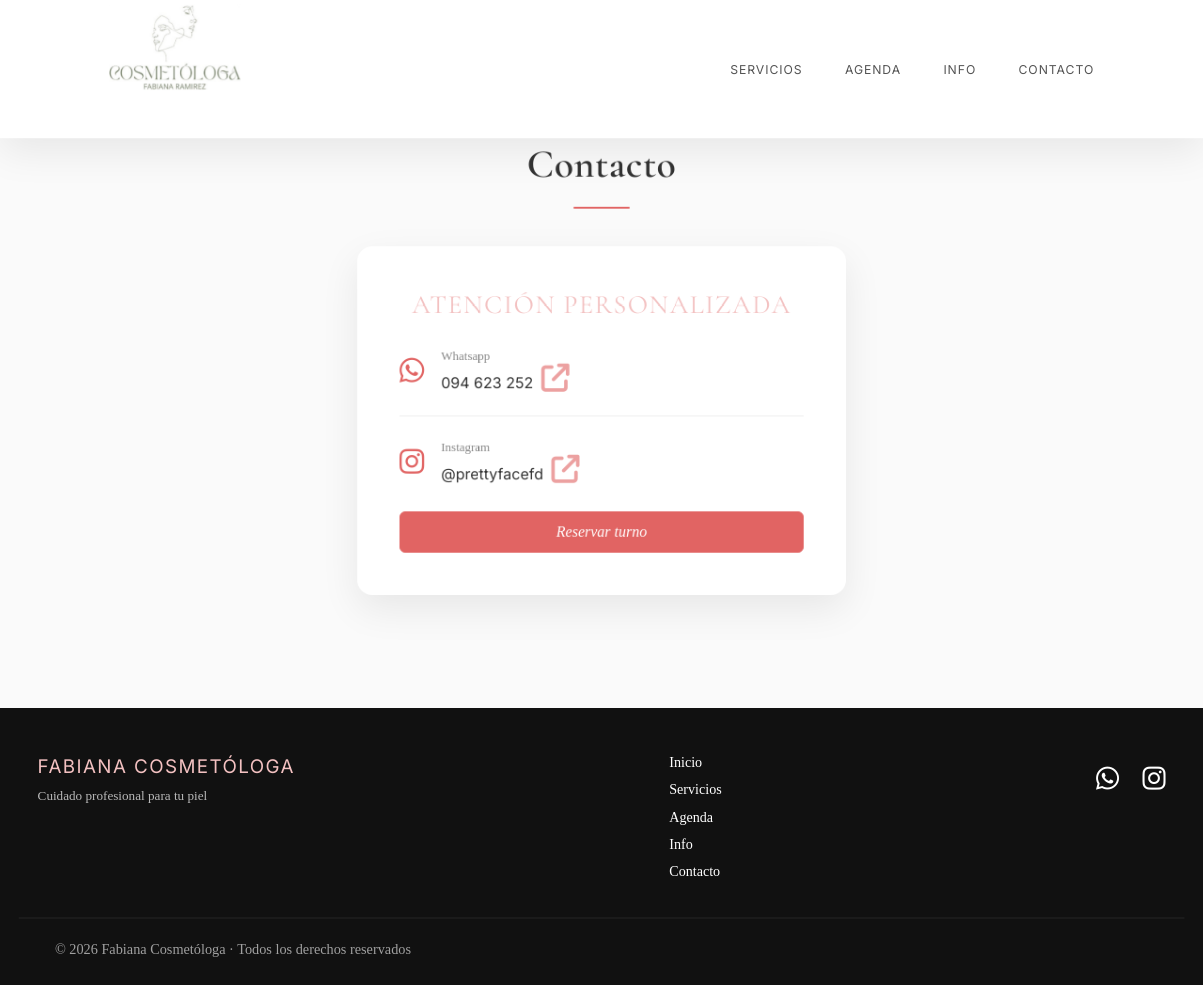
Repository: thiagobal1891-sudo/paginaweb
Page: pages/contacto.html
These files come from the project's save history. The page is drawn as it stood at one moment and after the next save; the edit follows.
The browser window is 1280 px wide. The pictures show the whole page, at 94% of full size.
Some web fonts or font styles are not loaded; a fallback is used.

Above is the page before, as saved 2026-03-17 15:02:47.
Console error: ReferenceError: emailjs is not defined

### pages/contacto.html

<!DOCTYPE html>
<html lang="es">
<head>
  <meta charset="UTF-8">
  <meta name="viewport" content="width=device-width, initial-scale=1.0">
  <title>Fabiana Cosmetóloga</title>
  <link rel="stylesheet" href="../css/style.css">
  <link rel="preconnect" href="https://fonts.googleapis.com">
  <link rel="preconnect" href="https://fonts.gstatic.com" crossorigin>
  <link
    href="https://fonts.googleapis.com/css2?family=Melodrama:wght@400;500;600;700&family=Inter:wght@100..900&family=Poppins:wght@100..900&family=Cormorant+Garamond:wght@300..700&display=swap"
    rel="stylesheet">
  <link rel="stylesheet" href="https://cdnjs.cloudflare.com/ajax/libs/font-awesome/6.5.0/css/all.min.css"
    crossorigin="anonymous" referrerpolicy="no-referrer" />
</head>

<body>
  <header>
    <div class="container">
      <a href="../index.html" class="logo">
        <img src="../media/logo.png"
  alt="Logo de la marca"
  loading="lazy"
  decoding="async">
      </a>
      <nav>
        <a href="servicios.html">SERVICIOS</a>
        <a href="agenda.html">AGENDA</a>
        <a href="info.html">INFO</a>
        <a href="contacto.html">CONTACTO</a>
      </nav>
    </div>
  </header>
<main>
<section id="contacto" class="appear">
<div class="section-title">
<h2>Contacto</h2>
</div>
<div class="container">
<div class="contact-card">
<h3>Atención personalizada</h3>
<div class="contact-item">
<i class="fa-brands fa-whatsapp"></i>
<div class="contact-info">
<span class="label">Whatsapp</span>
<a href="https://wa.me/59894623252"
target="_blank"
rel="noopener noreferrer"
class="valor">
094 623 252
<i class="fa-solid fa-arrow-up-right-from-square link-icon"></i>
</a>
</div>
</div>
<hr>
<div class="contact-item">
<i class="fa-brands fa-instagram"></i>
<div class="contact-info">
<span class="label">Instagram</span>
<a href="https://www.instagram.com/prettyfacefd"
target="_blank"
rel="noopener noreferrer"
class="valor">
@prettyfacefd
<i class="fa-solid fa-arrow-up-right-from-square link-icon"></i>
</a>
</div>
</div>
<a href="agenda.html#agenda-ya" class="btn-vermas">
Reservar turno
</a>
</div>
</div>

</section>
</main>
  <footer class="footer">
  <div class="footer-container">
    <div class="footer-brand">
      <h3>Fabiana Cosmetóloga</h3>
      <p>Cuidado profesional para tu piel</p>
    </div>
    <div class="footer-links">
      <a href="../index.html">Inicio</a>
      <a href="../pages/servicios.html">Servicios</a>
      <a href="../pages/agenda.html">Agenda</a>
      <a href="../pages/info.html">Info</a>
      <a href="../pages/contacto.html">Contacto</a>
    </div>
    <div class="footer-social">
      <a href="https://wa.me/59894623252" target="_blank">
        <i class="fa-brands fa-whatsapp"></i>
      </a>
      <a href="https://www.instagram.com/prettyfacefd" target="_blank">
        <i class="fa-brands fa-instagram"></i>
      </a>
    </div>
  </div>
  <div class="footer-bottom">
    <p>© 2026 Fabiana Cosmetóloga · Todos los derechos reservados</p>
  </div>
</footer>
  <script src="https://cdn.jsdelivr.net/npm/emailjs-com@3/dist/email.min.js"></script>
  <script src="../script.js" defer></script>
</body>
</html>

### css/style.css
@charset "UTF-8";
* {
  box-sizing: border-box;
  margin: 0;
  padding: 0;
}
html {
  scroll-behavior: smooth;
  scroll-padding-top: var(--header-height);
  font-size: 100%;
}
:root{
  --primary:#E16463;
  --primary-soft:rgba(225,100,99,.15);
  --primary-soft-light:rgba(225,100,99,.08);
  --text-dark:#333;
  --text-soft:#777;
  --shadow-hover:0 20px 50px rgba(0,0,0,.12);
  --shadow-soft:0 15px 40px rgba(0,0,0,.08);
}
body{
  font-family:"Melodrama", serif;
  margin:0;
  animation:fadePage .6s ease;
  padding-top: var(--header-height);
}
@keyframes fadePage{
from{
  opacity:0;
  transform:translateY(10px);
}

to{
  opacity:1;
  transform:translateY(0);
}
}
.appear{
  opacity:0;
  transform:translateY(40px);
  transition:opacity .8s ease, transform .8s ease;
  will-change: transform, opacity;
}
.appear.show{
  opacity:1;
  transform:translateY(0);
}
h1 {
  font-size:clamp(2.2rem,4vw,4.5rem);
  line-height: 1.1;
}
h2 {
  font-size:clamp(1.6rem,3vw,2.5rem);
  line-height: 1.2;
}
p {
font-size:clamp(.95rem,1.1vw,1.1rem);
line-height:1.7;
max-width:60ch;
}
h3 {
  font-size: 0.9em;
  font-family: "Inter", sans-serif;
  font-weight: 400;
  letter-spacing: 1.5px;
  color: #f3c1c1;
  text-transform: uppercase;
}
section{
position:relative;
padding:100px 20px;
}
.info_carta {
  font-size: 0.85em;
  color: #f2f2f2;
  font-family: "Inter", sans-serif;
  line-height: 1;
  margin-bottom: 2px;
  max-width:450px;
}
ul {
  list-style: none;
  padding-left: 0;
  font-size: 0.75em;
  font-family: "Inter", sans-serif;
  color: #ffffff;
}
ul li {
  margin-bottom: 4px;
  line-height: 1.3;
  padding-left: 22px;
  position: relative;
  opacity: 0.95;
  transition: transform 0.3s ease, opacity 0.3s ease;
}
ul li::before {
  content: "✧";
  position: absolute;
  left: 0;
  top: 0;
  color: #f3c1c1;
  font-size: 0.75em;
}
img{
transition:transform .6s ease, filter .6s ease;
height: auto;
max-width: 100%;
will-change: transform;
display: block;
}
button {
  font-size: 1rem;
  font-weight: 400;
  padding: 10px 30px;
  border-radius: 10px;
  border: 1.5px solid rgb(84, 84, 84);
  box-shadow: var(--shadow-soft);
  color: white;
  background-color: #d86a6a;
  font-family: "Inter", sans-serif;
  transition: all .25s ease;
  cursor: pointer;
  font-weight: bold;
}
button:hover {
  background-color: white;
  color:var(--primary);
  border-color: white;
  transform: translateY(-2px);
}
button:active{
  transform:scale(.97);
}
.container{
  max-width:1100px;
  margin-inline:auto;
  padding-inline:20px;
  width:100%;
  position:relative;
}
.container > *:not(:last-child){
  margin-bottom:40px;
}
header{
  position:fixed;
  width:100%;
  top:0;
  left:0;
  background-color:white;
  z-index:1000;
  box-shadow: var(--shadow-soft);
  transition:.3s;
  padding:10px 0;
}
header.scrolled{
  background:rgba(255,255,255,0.9);
  backdrop-filter:blur(8px);
  box-shadow:var(--shadow-soft);
}
header .logo {
  display: flex;
  align-items: center;
  justify-content: flex-start;
}
header .logo img{
  width:110px;
  height:auto;
  margin-bottom:6px;
}
header .container {
  display: flex;
  align-items: center;
  padding:0 16px;
  justify-content: space-between;
}
header nav {
  display: flex;
  flex-direction: row;
  justify-content: center;
  align-items: center;
  text-align: center;
}
header a {
  padding: 0px 5px;
  text-decoration: none;
  color: rgb(84, 84, 84);
  display: inline-block;
  font-family: "Inter", sans-serif;
  margin: 0 5px;
  font-size:14px;
  letter-spacing:1px;
}
header a:hover {
  color:var(--primary);
}
.hero-tag{
  font-family:"Inter",sans-serif;
  letter-spacing:2px;
  font-size:12px;
  text-transform:uppercase;
  color:#f3c1c1;
  display:block;
  margin-left:20px;
  margin-bottom:12px;
  opacity:.9;
}
.hero-sub{
  color:white;
  max-width:520px;
  margin-left:20px;
  margin-top:18px;
  font-family:"Inter",sans-serif;
  font-size:clamp(0.95rem,1.1vw,1.1rem);
  line-height:1.6;
  opacity:.95;
}
.btn-hero{
  display:inline-block;
  margin-left:20px;
  margin-top:35px;
  padding:14px 34px;
  border-radius:30px;
  background:var(--primary);
  color:white;
  text-decoration:none;
  font-family:"Inter",sans-serif;
  font-weight:600;
  letter-spacing:.5px;
  transition:.3s;
}
.btn-hero:hover{
    transform:translateY(-3px);
  box-shadow:var(--shadow-hover);
}
#hero {
    display: flex;
    align-items: flex-start;
    justify-content: center;
    text-align: left;
    flex-direction: column;
    min-height: 100vh;
    background-image: linear-gradient(0deg, rgba(0, 0, 0, 0.5),
      rgba(0, 0, 0, 0.5)),
      url("../media/fotopiel-rutina-de-skincare-cuidado-facial.webp");
      background-repeat: no-repeat;
      background-size: cover;
      background-position: center center; }
#hero h1 {
  color: white;
  font-family: "Cormorant Garamond";
  font-weight: 600;
  align-self: flex-start;
  text-align: left;
  font-size:clamp(2.5rem,5vw,4.5rem);
  padding-left:20px;
  max-width:90%;
  animation:heroFade 1.2s ease;
}
#hero::after{
  content:"";
  position:absolute;
  bottom:0;
  left:0;
  width:100%;
  height:120px;
  background:linear-gradient(to bottom, transparent, white);
}

@keyframes heroFade{
from{
opacity:0;
transform:translateY(40px);
}
to{
opacity:1;
transform:translateY(0);
}
}
.section-title{
  text-align:center;
  position:relative;
  }
  #Tratamientos .section-title {
  padding-top: 70px;
}
.section-title.show{
  opacity:1;
  transform:translateY(0);
}
.section-title h2{
  font-family:"Cormorant Garamond", serif;
  font-size:36px;
  font-weight:600;
  color:var(--text-dark);
  margin-bottom:10px;
  letter-spacing:0.5px;
}
.section-title p{
  font-family:"Inter", sans-serif;
  font-size:13px;
  color: var(--text-soft);
  letter-spacing:1.5px;
  text-transform:uppercase;
  max-width:65ch;
  margin:0 auto 80px auto; /* ← separación abajo */
  text-align:center;
}
.section-title::after{
  content:"";
  display:block;
  width:60px;
  height:2px;
  background-color: var(--primary);
  margin:20px auto 0;
  border-radius:2px;
}
.no-line::after {
  display: none;
}

.carousel_infocosmet {
  width: 100%;
  position: relative;
  background-color: var(--primary-soft);
  padding:90px 0;
  overflow:hidden;
}
.carousel-track{
  display:flex;
  will-change: transform;
}
.slide{
  flex:0 0 100%;
  display:flex;
  justify-content:center;
  gap:40px;
  position:relative;
  min-width: 100%;
}
.img-wrapper{
  position:relative;
  width:100%;
  max-width:520px;
  aspect-ratio:16/9;
  height:auto;
  overflow:hidden;
  border-radius:12px;
  margin:0 auto;
  display: block;
  box-shadow: var(--shadow-soft);
  transition:transform .4s ease, box-shadow .4s ease;
}

.img-wrapper img {
  width:100%;
  height:100%;
  object-fit:cover;
  transition:transform .6s ease, filter .6s ease;
}
.img-wrapper:hover{
  transform:translateY(-4px);
}
.img-wrapper:hover img{
  transform:scale(1.06);
}

#infocosmet .img-wrapper{
  position:relative;
  overflow:hidden;
}
.badge{
  position:absolute;
  left:12px;
  background:rgba(0,0,0,.55);
  backdrop-filter:blur(4px);
  color:white;
  font-family:"Inter",sans-serif;
  font-size:11px;
  letter-spacing:1.5px;
  padding:6px 14px;
  border-radius:20px;
  white-space:nowrap;
  z-index:20;
}

.badge.top{
  top:12px;
}

.badge.bottom{
  bottom:12px;
}

#Tratamientos .container{
  background: linear-gradient(180deg, #fffdf8, #fff6ee);
  box-shadow: var(--shadow-soft);
}
.carousel-wrapper{
  overflow:hidden;
  max-width:1200px;
  margin:0 auto;
  position:relative;
}
.carta-tratamientos{
  display:flex;
  gap:20px;
  overflow-x:auto;
  scroll-snap-type:x mandatory;
  scroll-behavior:smooth;
  padding:10px;
}
.carta-tratamientos::-webkit-scrollbar{
  display:none;
}
.carta{
  flex:0 0 100%;
  scroll-snap-align:center;
  min-height:520px;
  height:auto;
  border-radius:12px;
  background:white;
  padding:30px 25px;
  background-size:cover;
  background-position:center;
  position:relative;
  overflow: hidden;
}
.carta::before{
  content:"";
  position:absolute;
  top:0;
  left:0;
  width:100%;
  height:3px;
  background-color: var(--primary);
  transform:scaleX(0);
  transform-origin:left;
  transition:transform 0.3s ease;
}
.carta:hover::before{
  transform:scaleX(1);
}
.carta > * {
  position: relative;
  z-index: 2;
}
.carta h3{
  margin-bottom:10px;
}
.carta p{
  margin-bottom:10px;
}
.carta ul{
  margin-top:10px;
}
.carta:hover::after{
  left:100%;
}
.carta:hover ul li {
  transform: translateX(4px);
  opacity: 1;
}
.carta:hover h3{
  color:var(--primary);
}
.carta,
.agenda-card,
.consulta-card{
  transition:all .35s ease;
}
.carta:hover,
.agenda-card:hover,
.consulta-card:hover{
  transition:all .35s ease;
  box-shadow: var(--shadow-hover);
}
.arrow{
  border: none;
  background: none;
  position:absolute;
  top:50%;
  transform:translateY(-50%);
  z-index:5;
  width:40px;
  height:40px;
  border-radius:50%;
  display:flex;
  align-items:center;
  justify-content:center;
  cursor:pointer;
}
.arrow.left {
  left: 15px;
}
.arrow.right {
  right: 15px;
}
.carta:first-child {
  background-image: linear-gradient(0deg, rgba(0, 0, 0, 0.5), rgba(0, 0, 0, 0.5)), url("../media/Tratamientos-3.jpg");
}
.carta:nth-child(2) {
  background-image: linear-gradient(0deg, rgba(0, 0, 0, 0.5), rgba(0, 0, 0, 0.5)), url("../media/Tratamientos-2.jpg");
}
.carta:nth-child(3) {
  background-image: linear-gradient(0deg, rgba(0, 0, 0, 0.5), rgba(0, 0, 0, 0.5)), url("../media/Tratamientos-1.jpg");
}
.carta:nth-child(4) {
  background-image: linear-gradient(0deg, rgba(0, 0, 0, 0.5), rgba(0, 0, 0, 0.5)), url("../media/Tratamientos-1.jpg");
}
.carta:nth-child(5) {
  background-image: linear-gradient(0deg, rgba(0, 0, 0, 0.5), rgba(0, 0, 0, 0.5)), url("../media/Tratamientos-2.jpg");
}
.carta:nth-child(6) {
  background-image: linear-gradient(0deg, rgba(0, 0, 0, 0.5), rgba(0, 0, 0, 0.5)), url("../media/Tratamientos-1.jpg");
}
.carta:nth-child(7) {
  background-image: linear-gradient(0deg, rgba(0, 0, 0, 0.5), rgba(0, 0, 0, 0.5)), url("../media/Tratamientos-1.jpg");
}

#agenda-ya{
  padding:120px 20px;
  background-color: var(--primary-soft);
}
.agenda-card{
  max-width:900px;
  margin:auto;
  background:white;
  padding:30px;
  border-radius:20px;
  box-shadow:var(--shadow-soft);
  border:1px solid rgba(225,100,99,.2);
}
#agenda-ya iframe{
  max-width:900px;
  width:100%;
  height:650px;
  border-radius:20px;
  background:white;
  box-shadow:var(--shadow-soft);
  border:1px solid rgba(225,100,99,.2);
  padding:10px;
}
.link-icon {
  font-size: 0.15em;
  margin-left: 4px;
  opacity: 0.6;
  transition: all 0.3s ease;
}
#consultas{
padding:120px 20px;
background-color: var(--primary-soft-light);
}
#consultas .container{
  display:flex;
  flex-direction:column;
  align-items:center;
  max-width:700px;
  margin:0 auto;
}
.consulta-card{
  width:100%;
  max-width:600px;
  margin:0 auto;
}
.consulta-sub{
  text-align:center;
  font-family:"Inter", sans-serif;
  font-size:14px;
  color: var(--text-soft);
  margin-bottom:25px;
}
.consulta-card form{
  width:100%;
  max-width:500px;
  margin:auto;
}
.consulta-card h3{
  margin-bottom:35px;
  text-align:center;
  font-family:"Cormorant Garamond", serif;
  font-size:28px;
  color:var(--text-dark);
  letter-spacing:0;
  text-transform:none;
  width:100%;
}
.form-group {
  position: relative;
  margin-bottom: 25px;
}
.form-group input,
.form-group textarea{
  width:100%;
  padding:16px 14px;
  border-radius:14px;
  border:1px solid #e5e5e5;
  font-size:15px;
  font-family:"Inter", sans-serif;
  outline:none;
  transition:all .3s ease;
  background:#fff;
}
.form-group input:focus,
.form-group textarea:focus{
  border-color: var(--primary);
  box-shadow: var(--shadow-hover);
}
.form-group label {
  position: absolute;
  left: 12px;
  top: 14px;
  font-size: 14px;
  color: #888;
  transition: 0.3s ease;
  pointer-events: none;
}
.form-group input:focus + label,
.form-group input:not(:placeholder-shown) + label,
.form-group textarea:focus + label,
.form-group textarea:not(:placeholder-shown) + label {
  top: -8px;
  left: 10px;
  font-size: 12px;
  background: white;
  padding: 0 5px;
  color:var(--primary);
}
.btn-enviar{
  width:100%;
  padding:16px;
  border-radius:30px;
  border:none;
  background:linear-gradient(135deg,#E16463,#d04f4f);
  color:white;
  font-weight:600;
  font-size:15px;
  cursor:pointer;
  transition:all .3s ease;
  margin-top:10px;
}
.btn-enviar:hover{
  transform:translateY(-2px);
  box-shadow:var(--shadow-soft);
}

#sobre{
  padding:80px 20px;
}
.sobre-container{
  display:flex;
  align-items:center;
  gap:25px;
  margin-top:50px;
  flex-wrap:wrap;
  text-align: left;
}
.sobre-container.reverse{
  flex-direction:row-reverse;
}
.sobre-texto{
  flex:1;
  min-width:280px;
}
.sobre-texto p{
  font-family:"Inter",sans-serif;
  line-height:1.7;
  margin-bottom:20px;
  color:#444;
}
.sobre-texto h3{
  font-family:"Cormorant Garamond",serif;
  font-size:30px;
  margin-bottom:10px;
}
.sobre-img{
  flex:1;
  min-width:280px;
}
.sobre-img img{
  width:100%;
  border-radius:12px;
  box-shadow: var(--shadow-soft);
}
.sobre-container.reverse .btn-vermas{
  margin-top:40px;
}
.confianza{
  padding:80px 20px;
  background:#fafafa;
}
.confianza-grid{
  display:grid;
  grid-template-columns:repeat(auto-fit,minmax(220px,1fr));
  gap:30px;
  margin-top:50px;
}
.confianza-item{
  background:white;
  padding:30px;
  border-radius:14px;
  text-align:center;
  box-shadow: var(--shadow-soft);
  transition:.3s;
}
.confianza-item:hover{
  transform:translateY(-6px);
  box-shadow:var(--shadow-hover);
}
.confianza-item i{
  font-size:34px;
  color:var(--primary);
  margin-bottom:15px;
}
.confianza-item h3{
  font-family:"Cormorant Garamond",serif;
  font-size:22px;
  margin-bottom:10px;
}
.confianza-item p{
  font-family:"Inter",sans-serif;
  font-size:14px;
  line-height:1.6;
  color:#555;
}
.link-servicios {
  display: block;
  margin-bottom: 20px;
  font-size: 1rem;
  color: var(--text-soft);
}
.btn-vermas {
  display: inline-flex;
  align-items: center;
  justify-content: center;
  padding: 12px 28px;
  border-radius: 6px;
  font-size: 1rem;
  cursor: pointer;
  font-style: italic;
  background-color: var(--primary);
  color: white;
  text-decoration: none;
  border: 1.5px solid #E16463;
  transition: all 0.3s ease;
}
.btn-vermas:hover{
  transform:translateY(-3px);
  box-shadow: var(--shadow-hover);
  background-color: white;
  color:var(--primary);
}
.whatsapp-float,
.instagram-float{
  position:fixed;
  right:25px;
  width:60px;
  height:60px;
  border-radius:50%;
  display:flex;
  align-items:center;
  justify-content:center;
  color:white;
  font-size:28px;
  text-decoration:none;
  box-shadow:0 8px 18px rgba(0,0,0,0.25);
  z-index:1000;
  transition:transform .3s ease, box-shadow .3s ease;
  animation:floatIn .6s ease;
}
.whatsapp-float i,
.instagram-float i{
  text-decoration:none;
}
.whatsapp-float{
  bottom:25px;
  background:#25D366;
}
.instagram-float{
  bottom:100px;
  background:linear-gradient(45deg,#f58529,#dd2a7b,#8134af,#515bd4);
}
.whatsapp-float:hover,
.instagram-float:hover{
  transform:scale(1.12);
  box-shadow:0 12px 24px rgba(0,0,0,0.35);
}
.hide-float{
  opacity:0;
  pointer-events:none;
  transform:translateY(20px);
  transition:all .3s ease;
}
@keyframes floatIn{
from{
  opacity:0;
  transform:translateY(40px);
}
to{
  opacity:1;
  transform:translateY(0);
}
}

#contacto{
  padding:80px 20px;
  background:#fafafa;
}
.contact-card{
  max-width:520px;
  margin:40px auto;
  background:white;
  padding:45px;
  border-radius:16px;
  box-shadow: var(--shadow-soft);
  text-align:left;
}
.contact-card h3{
  text-align:center;
  margin-bottom:30px;
  font-family:"Cormorant Garamond",serif;
  font-size:28px;
}
.contact-item{
  display:flex;
  align-items:center;
  gap:18px;
  margin:20px 0;
}
.contact-item i{
  font-size:30px;
  color:var(--primary);
}
.contact-info{
  display:flex;
  flex-direction:column;
}
.label{
  font-size:13px;
  color:#888;
}
.valor{
  font-size:16px;
  font-family:"Inter",sans-serif;
  text-decoration:none;
  color: var(--text-dark);
}
.valor:hover{
  color:var(--primary);
}
hr{
  border:none;
  border-top:1px solid #eee;
  margin:25px 0;
}
.contact-card .btn-vermas{
  display:block;
  margin:30px auto 0;
  text-align:center;
}

.footer {
  background: #111;
  color: #fff;
  padding: 50px 20px 25px;
  text-align: center;
}
.footer-container {
  display: flex;
  flex-direction: column;
  align-items: center;
  gap: 35px;
  text-align: center;
}
.footer-brand h3 {
  font-size: 20px;
  margin-bottom: 8px;
}
.footer-brand p {
  font-size: 14px;
  opacity: 0.7;
}
.footer-links {
  display: flex;
  flex-direction: column;
  gap: 12px;
}
.footer-links a {
  text-decoration: none;
  color: #fff;
  font-size: 15px;
  transition: 0.3s;
}
.footer-links a:hover {
  color:var(--primary);
}
.footer-social {
  display: flex;
  gap: 25px;
  margin-top: 10px;
}
.footer-social a {
  font-size: 28px;
  color: #fff;
  transition: 0.3s;
}
.footer-social a:active {
  transform: scale(0.9);
  color:var(--primary);
}
.footer-bottom {
  margin-top: 40px;
  padding-top: 20px;
  border-top: 1px solid rgba(255,255,255,0.15);
  font-size: 13px;
  opacity: 0.6;
}

@media (max-width: 768px){
:root{
  --header-height:80px;
}
header{
  height:var(--header-height);
  padding:8px 0;
}

header .logo img{
  width:110px;
}
.slide{
  flex-direction:column;
  gap:20px;
  align-items:center;
}
.img-wrapper{
  width:90%;
  max-width:none;
  aspect-ratio: 4/5;
}
#hero{
  align-items:center;
  text-align:center;
  padding:0 20px;
  min-height: 85vh;
}
#hero h1{
  font-size:2.4rem;
  line-height:1.2;
  padding-left:0;
  max-width:100%;
}
.hero-tag{
  margin-left:0;
  text-align:center;
}
.hero-sub{
  margin-left:0;
  text-align:center;
  font-size:0.95rem;
}
.btn-hero{
margin-left:0;
}

header nav {
  gap: 10px;
  flex-wrap: wrap;
}
.info_carta{
  font-size:0.95em;
}
ul{
  font-size:0.85em;
}
.carta{
  flex:0 0 100%;
  min-height:560px;
  padding:40px 30px;
}

.sobre-texto {
  text-align: left;
}
.sobre-texto p {
  font-size: 1rem;
}
.sobre-img2 img{
  width:900px;
  border-radius:12px;
  box-shadow: var(--shadow-soft);
}

}
@media (min-width: 1024px) {

  :root{
    --header-height:70px;
  }

  header{
    padding:5px 0;
  }

  header .logo img{
    width:140px;
  }

  header a{
    font-size:13px;
  }
    header.scrolled{
    padding:2px 0;
  }

  header.scrolled .logo img{
    width:75px;
    }

  section{
padding:120px 40px;
}
  #hero {
  align-items: center;
  text-align: center;
  padding: 0 10%;
}
#hero h1{
  font-size:4.5rem;
}
#hero button {
  margin-left: 0;
  align-self: center;
}

header nav {
  gap: 25px;
}
.slide {
  display: flex;
  flex-direction: row;
  justify-content: center;
  gap: 40px;
}
.slide::after{
  content:"";
  position:absolute;
  top:50%;
  left:50%;
  transform:translate(-50%,-50%);
  width:1px;
  height:70%;
  background:linear-gradient( to bottom, transparent, rgba(225,100,99,0.4), transparent);
  pointer-events:none;
}
.img-wrapper {
  width: 450px;
  overflow: hidden;
  border-radius: 15px;
}

#Tratamientos {
  padding:120px 10%;
  background-color: var(--primary-soft);
}
#Tratamientos .container {
  background: linear-gradient(180deg, #fffdf8, #fff6ee);
  padding: 80px 0;
}
.carousel-wrapper {
  overflow: hidden;
  max-width:1200px;
  margin:0 auto;
}
.carta-tratamientos{
  gap:30px;
  transition: transform 0.5s ease;
}
.carta{
  flex:0 0 calc((100% - 30px) / 2);
  min-height:520px;
  height:auto;
  border-radius:20px;
  padding:50px 60px;
}
.arrow{
  background:var(--primary-soft-light);
}
.arrow.left {
  left: 10px;
}
.arrow.right {
  right: 10px;
}
.section-title h2{
  font-size:42px;
}
.sobre-container {
  flex-direction: row;
}
.sobre-texto {
  text-align: left;
}
.sobre-texto p {
  font-size: 1.1rem;
}
.sobre-img2 img{
  width:900px;
  border-radius:12px;
  box-shadow: var(--shadow-soft);
}
#agenda-ya{
  padding:120px 20px;
}
.footer-container {
  flex-direction: row;
  justify-content: space-between;
  align-items: flex-start;
  text-align: left;
  max-width: 1200px;
  margin: auto;
}
}

Loaded but not shown: script.js (130 lines, source omitted)

After the next save:
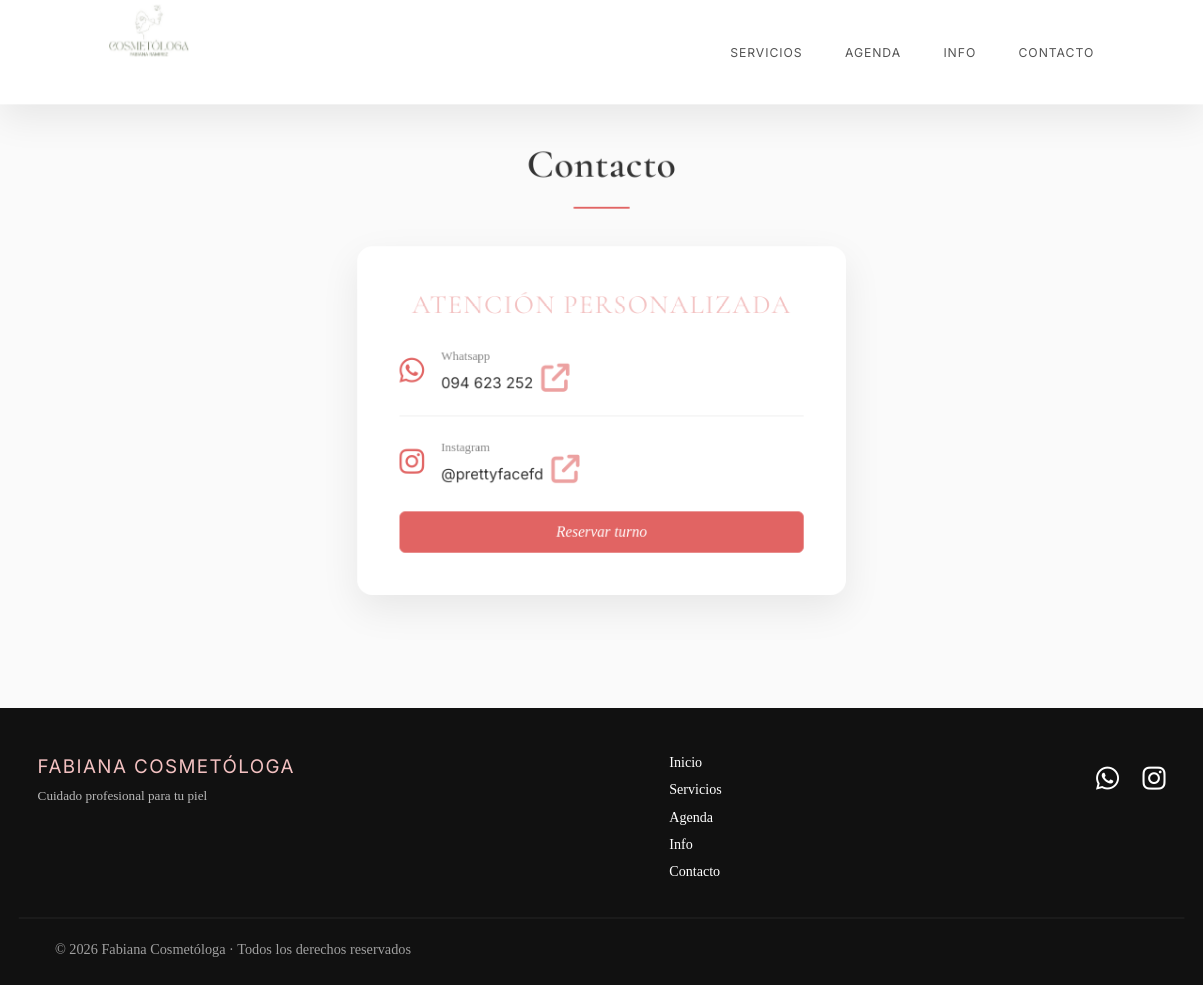
Saved 21 s later.
--- a/css/style.css
+++ b/css/style.css
@@ -1002,7 +1002,7 @@ ul{
   }
 
   header .logo img{
-    width:140px;
+    width:85px;
   }
 
   header a{
